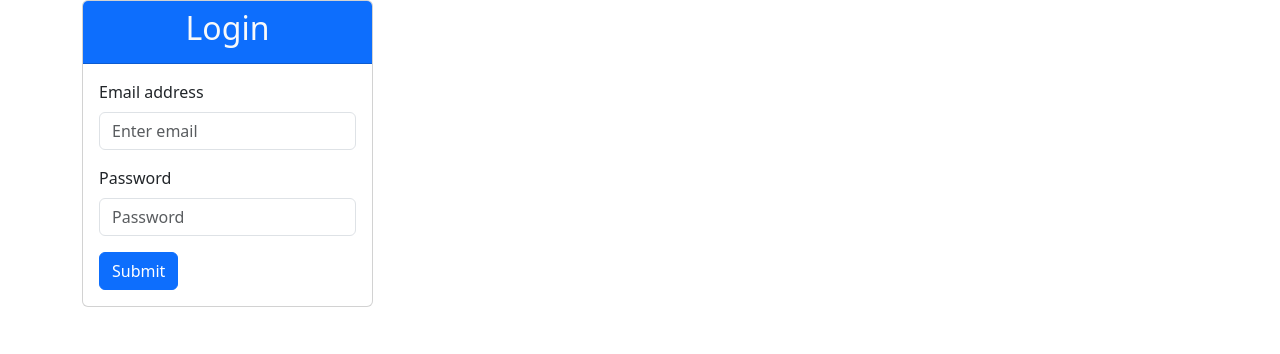
Repository: trider/react-task-app
Page: /tasks
The author's editor kept a copy of each file at every save. The page is drawn from the files as they stood at one save, then again after a run of saves.
The browser window is 1280 px wide. The pictures show the whole page.
The project was rebuilt for these pictures with package versions that can differ from the ones it lists, and the page was loaded fresh each time.

Above is the page before, as saved 2024-05-02 16:09:46.

After the next 3 saves:
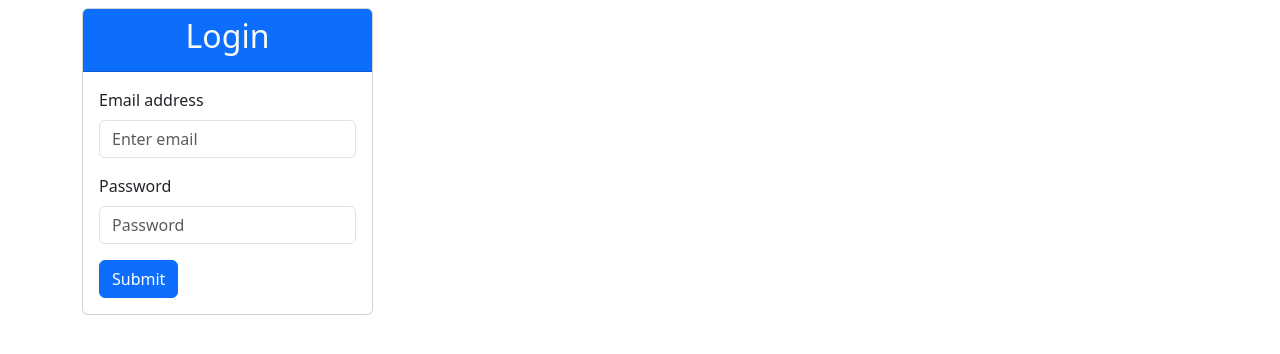
The 3 saves are shown as one change because 2 did not build or start.
The last was saved 3 min 22 s later.
--- a/src/App.js
+++ b/src/App.js
@@ -10,7 +10,7 @@ import LoginForm from "./pages/Login";
 
 let App = () => {
   return (
-    <div>
+    <div className='mx-auto p-2' style={{alignContent:'center'}}>
        <Container fluid className='container-lg d-lg-flex'>
           <LoginForm />
        </Container>
